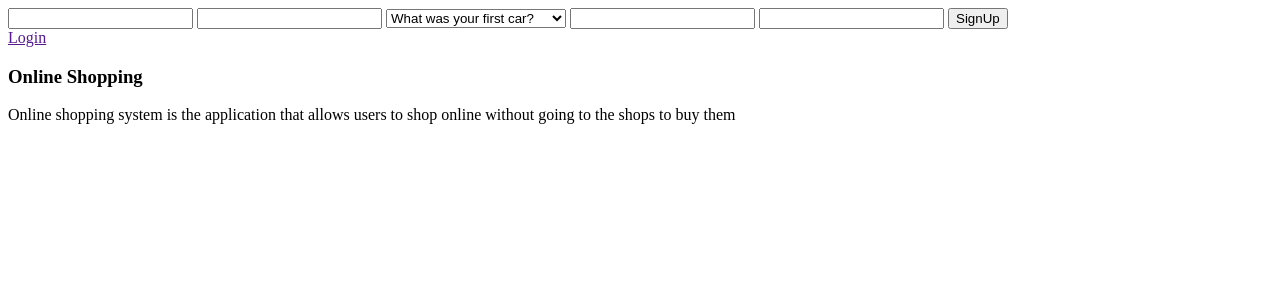
Repository: NidhiDaniel/E-Cart
Page: http://localhost/Online-Shopping-Cart/
The author's editor kept a copy of each file at every save. The page is drawn from the files as they stood at one save, then again after the next save.
The browser window is 1280 px wide. The pictures show the whole page.
The page is served by Tomcat 9. Other server files are loaded and not shown.

Above is the page before, as saved 2024-01-03 05:53:39.

### Online-Shopping-Cart/src/main/webapp/signupform.jsp
<%@ page language="java" contentType="text/html; charset=ISO-8859-1"
	pageEncoding="ISO-8859-1"%>
<!DOCTYPE html>
<html>
<head>
<meta charset="ISO-8859-1">
<title>Add User</title>

</head>
<body>
	<div class="container">
		<div class="left-div">
			<form action="adduser.jsp" method="post">
				<input type="text" name="name"> <input type="email"
					name="email"> <select name="security_question">
					<option>What was your first car?</option>
					<option>What is your first school?</option>
					<option>What is your pet name?</option>
					<option>Who was your best friend?</option>
				</select>
				<input type="text" name="answer">
				<input type="password"
					name="password">
				<input type="submit" value="SignUp">
			</form>
			<a href="">Login</a>
		</div>
		<div class="right-div">
		 <h3>Online Shopping</h3>
		 <p>Online shopping system is the application that allows users to shop online without going to the shops
		 to buy them</p>
		</div>
	</div>
</body>
</html>

### Online-Shopping-Cart/src/main/webapp/css/sign-up.css
*{
	font-family: sans-serif;
}
body{
	background: #00ACC1;
}
.container{
	width:50%;
}

After the next save:
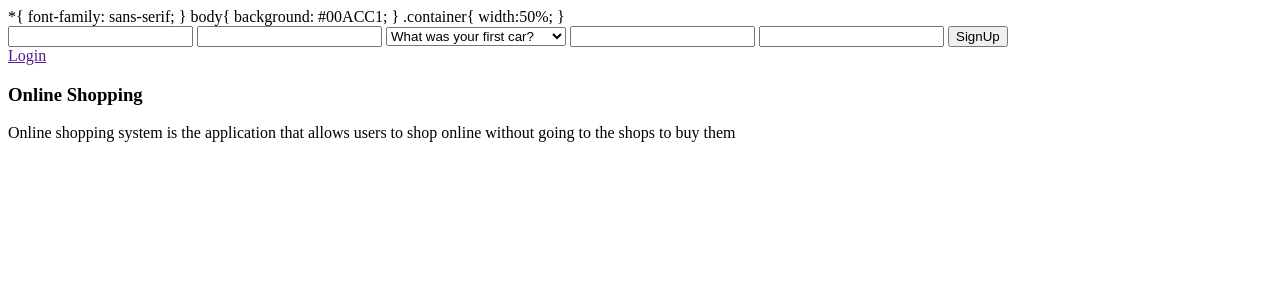
Saved 68 s later.
--- a/Online-Shopping-Cart/src/main/webapp/signupform.jsp
+++ b/Online-Shopping-Cart/src/main/webapp/signupform.jsp
@@ -5,7 +5,7 @@
 <head>
 <meta charset="ISO-8859-1">
 <title>Add User</title>
-
+<jsp:include page="css/sign-up.css"></jsp:include>
 </head>
 <body>
 	<div class="container">

After the save that followed:
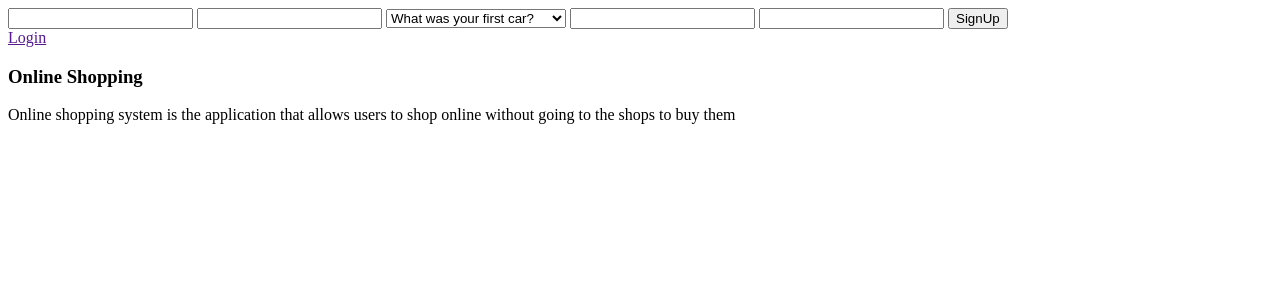
Saved 113 s later.
--- a/Online-Shopping-Cart/src/main/webapp/signupform.jsp
+++ b/Online-Shopping-Cart/src/main/webapp/signupform.jsp
@@ -5,7 +5,7 @@
 <head>
 <meta charset="ISO-8859-1">
 <title>Add User</title>
-<jsp:include page="css/sign-up.css"></jsp:include>
+<link type="text/css" >
 </head>
 <body>
 	<div class="container">
